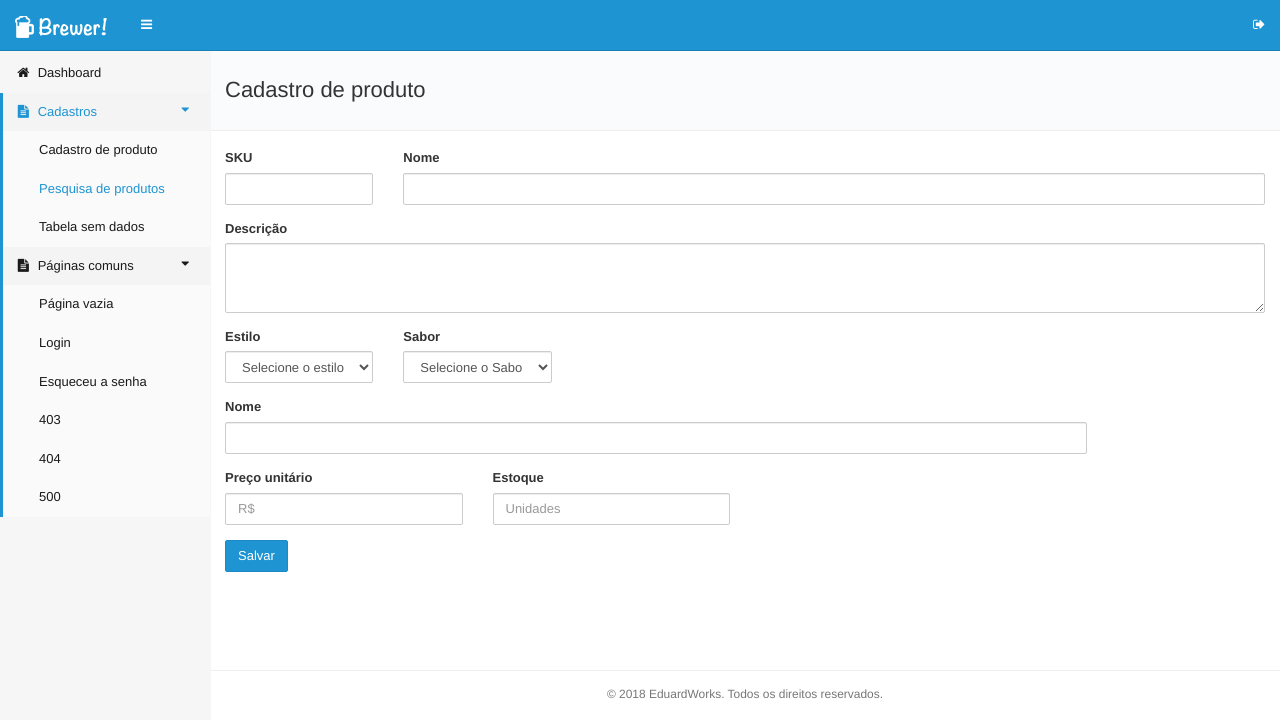
Repository: dumuller/spring-expert
Page: http://localhost/cerveja/CadastroCerveja
These files come from the project's save history. The page is drawn as it stood at one moment and after the next save; the edit follows.
The browser window is 1280 px wide. The pictures show the whole page.
The page is this project's Thymeleaf template; nobody is signed in. The template is opened directly, without the code that normally fills it, so the values that code supplies are empty.

Above is the page before, as saved 2018-12-10 16:38:10.

### brewer/src/main/resources/templates/cerveja/CadastroCerveja.html
<!DOCTYPE html>
<html lang="pt"xmlns="http://www.w3.org/1999/xhtml "
	           xmlns:th="http://www.thymeleaf.org">
<head>
	<meta charset="UTF-8"/>
	<meta http-equiv="X-UA-Compatible" content="IE=edge"/>
	<meta name="viewport" content="width=device-width, initial-scale=1"/>

	<title>Brewer</title>

	<link rel="stylesheet" type="text/css" href="/brewer/layout/stylesheets/vendors.min.css"/>
	<link rel="stylesheet" type="text/css" href="/brewer/layout/stylesheets/algaworks.min.css"/>
	<link rel="stylesheet" type="text/css" href="/brewer/layout/stylesheets/application.css"/>

	<!-- HTML5 shim and Respond.js for IE8 support of HTML5 elements and media queries -->
	<!-- WARNING: Respond.js doesn't work if you view the page via file:// -->
	<!--[if lt IE 9]>
		<script src="https://oss.maxcdn.com/html5shiv/3.7.2/html5shiv.min.js"></script>
		<script src="https://oss.maxcdn.com/respond/1.4.2/respond.min.js"></script>
	<![endif]-->
</head>
<body>

	<div class="aw-layout-page">


	<nav class="navbar  navbar-fixed-top  navbar-default  js-sticky-reference" id="main-navbar">
	  <div class="container-fluid">

	    <div class="navbar-header">
	      <a class="navbar-brand  hidden-xs" href="#">
	        <img alt="AlgaWorks" src="/brewer/images/logo.png"/>
	      </a>

	      <ul class="nav  navbar-nav">
	        <li>
	          <a href="#" class="js-sidebar-toggle"><i class="fa  fa-bars"></i></a>
	        </li>
	      </ul>
	    </div>

	    <ul class="nav navbar-nav  navbar-right">

	      <li>
	        <a href="#"><em class="fa  fa-sign-out"></em></a>
	      </li>
	    </ul>

	  </div>
	</nav>

	<aside class="aw-layout-sidebar  js-sidebar">
		<div class="aw-layout-sidebar__content">

	    	<nav class="aw-menu  js-menu">
	      		<ul class="aw-menu__list">

	        	<li class="aw-menu__item">
	         	 	<a href="dashboard.html"><i class="fa  fa-fw  fa-home"></i><span>Dashboard</span></a>
	       		</li>

	        	<li class="aw-menu__item  is-active">
	          	<a href="#">
	            	<i class="fa  fa-fw  fa-file-text"></i><span>Cadastros</span>
	            	<i class="aw-menu__navigation-icon  fa"></i>
	          	</a>

	          	<ul class="aw-menu__list  aw-menu__list--sublist">
	            	<li class="aw-menu__item  aw-menu__item--link"><a href="cadastro-produto.html">Cadastro de produto</a></li>
	            	<li class="aw-menu__item  aw-menu__item--link  is-active"><a href="pesquisa-produtos.html">Pesquisa de produtos</a></li>
	            	<li class="aw-menu__item  aw-menu__item--link"><a href="tabela-sem-dados.html">Tabela sem dados</a></li>
	          	</ul>
	        	</li>

	        	<li class="aw-menu__item  is-expanded">
	          	<a href="#">
	            	<i class="fa  fa-fw  fa-file-text"></i><span>Páginas comuns</span>
	            	<i class="aw-menu__navigation-icon  fa"></i>
	          	</a>

	          	<ul class="aw-menu__list  aw-menu__list--sublist">
	            	<li class="aw-menu__item  aw-menu__item--link"><a href="pagina-vazia.html">Página vazia</a></li>
	            	<li class="aw-menu__item  aw-menu__item--link"><a href="login.html">Login</a></li>
	            	<li class="aw-menu__item  aw-menu__item--link"><a href="esqueceu-a-senha.html">Esqueceu a senha</a></li>
	            	<li class="aw-menu__item  aw-menu__item--link"><a href="403.html">403</a></li>
	            	<li class="aw-menu__item  aw-menu__item--link"><a href="404.html">404</a></li>
	            	<li class="aw-menu__item  aw-menu__item--link"><a href="500.html">500</a></li>
	          	</ul>
	        	</li>

	      		</ul>
	    	</nav>

		</div>
	</aside>

	<section class="aw-layout-content  js-content">


		<div class="page-header">
			<div class="container-fluid">
				<h1>
					Cadastro de produto
				</h1>
			</div>
		</div>

		<div class="container-fluid">

			<!-- <div class="alert  alert-danger  alert-dismissible" role="alert">
				<button type="button" class="close" data-dismiss="alert" aria-label="Close"><span aria-hidden="true">&times;</span></button>
				<i class="fa  fa-exclamation-circle"></i> Já existe um produto com o nome informado.
			</div> -->

			<form method="POST" th:object="${cerveja}" class="form-vertical  js-form-loading">
				<div class="row">
						<div class="col-sm-2 form-group">
							<label for="sku">SKU</label>
							<input id="sku" type="text" class="form-control"/>
						</div>

						<div class="col-sm-10 form-group">
							<label for="nome">Nome</label>
							<input id="nome" type="text" class="form-control"></input>
						</div>

				</div>

				<div class="form-group">
					<label for="descricao">Descrição</label>
					<textarea id="descricao" rows="3" class="form-control"></textarea>
				</div>

				<div class="row">
						<div class="col-sm-2 form-group">
							<label for="estilo">Estilo</label>
							<select id="estilo" class="form-control">
								<option value="">Selecione o estilo</option>
								<option value="1">Pale Ale</option>
								<option value="2">Pilsen</option>
								<option value="3">Weiss</option>
								<option value="4">IPA</option>
							</select>
						</div>

						<div class="col-sm-2 form-group">
							<label for="sabor">Sabor</label>
							<select id="sabor" class="form-control">
								<option value="">Selecione o Sabor</option>
								<option value="1">Trigo</option>
								<option value="2">Frutada</option>
								<option value="3">Puro Malte</option>
							</select>
						</div>

						<div class="col-sm-10 form-group">
							<label for="nome">Nome</label>
							<input id="nome" type="text" class="form-control"></input>
						</div>

				</div>

				<div class="row">
					<div class="col-sm-3">
						<div class="form-group">
							<label for="input-produto-preco">Preço unitário</label>
							<input id="input-produto-preco" type="text" class="form-control" placeholder="R$"/>
						</div>
					</div>

					<div class="col-sm-3">
						<div class="form-group">
							<label for="input-produto-estoque">Estoque</label>
							<input id="input-produto-estoque" type="text" class="form-control" placeholder="Unidades"/>
						</div>
					</div>
				</div>

				<div class="form-group">
					<button class="btn  btn-primary" type="submit">Salvar</button>
				</div>

			</form>
		</div>

	</section>

	<footer class="aw-layout-footer  js-content">
		<div class="container-fluid">
			<span class="aw-footer-disclaimer">&copy; 2018 EduardWorks. Todos os direitos reservados.</span>
		</div>
	</footer>

</div>

<script src="/brewer/layout/javascripts/vendors.min.js"></script>
<script src="/brewer/layout/javascripts/algaworks.min.js"></script>

</body>
</html>

### brewer/src/main/resources/static/layout/stylesheets/application.css
.table-pesq-produto-col-preco {
  min-width: 130px;
  text-align: center;
  display: none !important;
}
@media (min-width: 992px) {
  .table-pesq-produto-col-preco {
    display: block !important;
  }
  table.table-pesq-produto-col-preco {
    display: table !important;
  }
  tr.table-pesq-produto-col-preco {
    display: table-row !important;
  }
  th.table-pesq-produto-col-preco,
  td.table-pesq-produto-col-preco {
    display: table-cell !important;
  }
}
.table-pesq-produto-col-estoque {
  min-width: 100px;
  text-align: center;
  display: none !important;
}
@media (min-width: 992px) {
  .table-pesq-produto-col-estoque {
    display: block !important;
  }
  table.table-pesq-produto-col-estoque {
    display: table !important;
  }
  tr.table-pesq-produto-col-estoque {
    display: table-row !important;
  }
  th.table-pesq-produto-col-estoque,
  td.table-pesq-produto-col-estoque {
    display: table-cell !important;
  }
}
.table-pesq-produto-col-status {
  min-width: 100px;
  text-align: center;
}
.table-pesq-produto-col-acoes {
  min-width: 105px;
  text-align: center;
}

Loaded but not shown: brewer/src/main/resources/static/layout/stylesheets/vendors.min.css (library); brewer/src/main/resources/static/layout/stylesheets/algaworks.min.css (library); brewer/src/main/resources/static/layout/javascripts/vendors.min.js (library); brewer/src/main/resources/static/layout/javascripts/algaworks.min.js (common file)

After the next save:
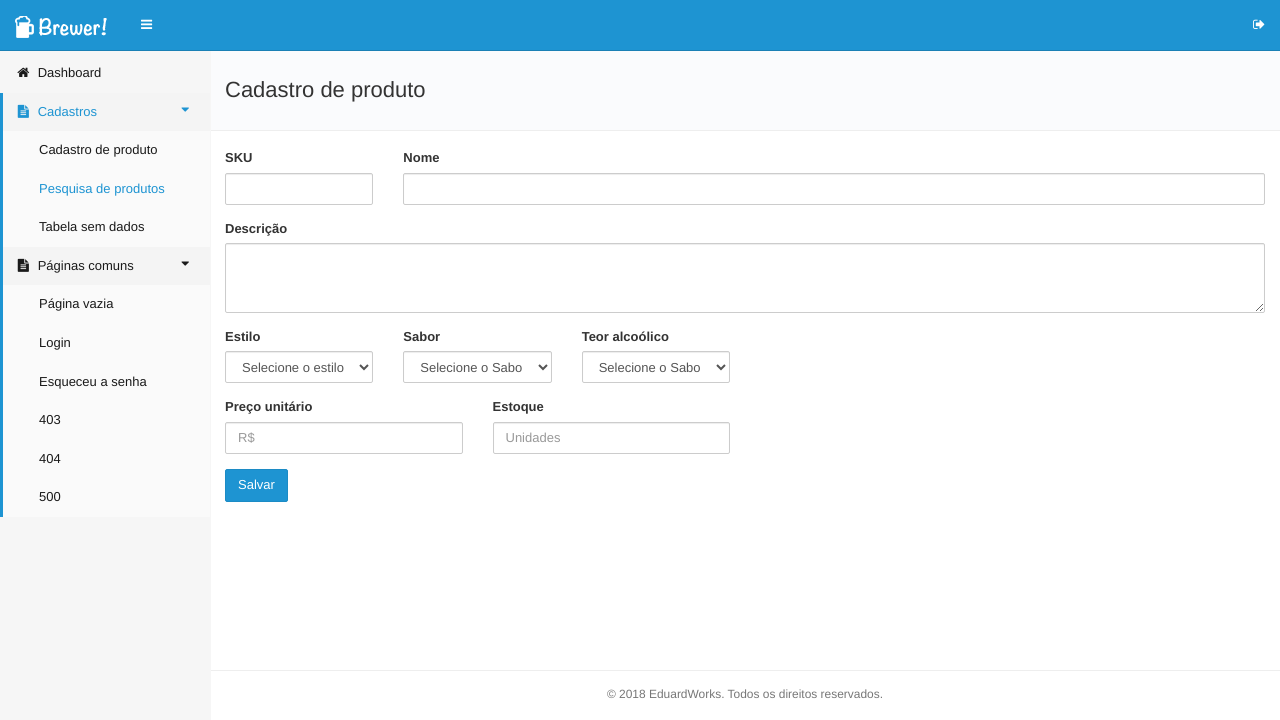
Saved 52 s later.
--- a/brewer/src/main/resources/templates/cerveja/CadastroCerveja.html
+++ b/brewer/src/main/resources/templates/cerveja/CadastroCerveja.html
@@ -153,9 +153,14 @@
 							</select>
 						</div>
 
-						<div class="col-sm-10 form-group">
-							<label for="nome">Nome</label>
-							<input id="nome" type="text" class="form-control"></input>
+						<div class="col-sm-2 form-group">
+							<label for="teorAlcoolico">Teor alcoólico</label>
+							<select id="sabor" class="form-control">
+								<option value="">Selecione o Sabor</option>
+								<option value="1">Trigo</option>
+								<option value="2">Frutada</option>
+								<option value="3">Puro Malte</option>
+							</select>
 						</div>
 
 				</div>
